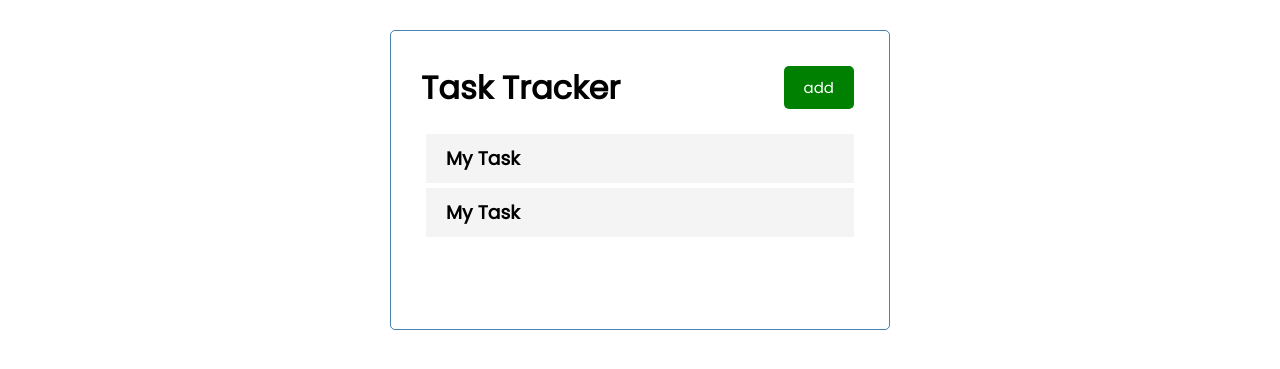
Repository: Samkiroko/task-tracker-app
Page: /
An editor plug-in stored every save of this project. The page is shown before and after the next save, followed by the edit.
The browser window is 1280 px wide. The pictures show the whole page.
The project was rebuilt for these pictures with package versions that can differ from the ones it lists, and the page was loaded fresh each time.

Above is the page before, as saved 2021-08-02 17:00:32.

### public/index.html
<!DOCTYPE html>
<html lang="en">

<head>
    <meta charset="utf-8" />
    <link rel="icon" href="%PUBLIC_URL%/favicon.ico" />
    <meta name="viewport" content="width=device-width, initial-scale=1" />
    <meta name="theme-color" content="#000000" />
    <meta name="description" content="Web site created using create-react-app" />
    <link rel="apple-touch-icon" href="%PUBLIC_URL%/logo192.png" />

    <link rel="manifest" href="%PUBLIC_URL%/manifest.json" />

    <title>Task tracker App</title>
</head>

<body>
    <div id="root"></div>
</body>

</html>

### src/index.css
@import url('https://fonts.googleapis.com/css2?family=Poppins:wght@300;400&display=swap');
* {
    box-sizing: border-box;
    margin: 0;
    padding: 0;
}

body {
    font-family: 'Poppins', sans-serif;
}

.container {
    max-width: 500px;
    margin: 30px auto;
    overflow: auto;
    min-height: 300px;
    border: 1px solid steelblue;
    padding: 30px;
    border-radius: 5px;
}

.header {
    display: flex;
    justify-content: space-between;
    align-items: center;
    margin-bottom: 20px;
}

.btn {
    display: inline-block;
    background: #000;
    color: #fff;
    border: none;
    padding: 10px 20px;
    margin: 5px;
    border-radius: 5px;
    cursor: pointer;
    text-decoration: none;
    font-size: 15px;
    font-family: inherit;
}

.btn:focus {
    outline: none;
}

.btn:active {
    transform: scale(0.98);
}

.btn-block {
    display: block;
    width: 100%;
}

.task {
    background: #f4f4f4;
    margin: 5px;
    padding: 10px 20px;
    cursor: pointer;
}

.task.reminder {
    border-left: 5px solid green;
}

.task h3 {
    display: flex;
    align-items: center;
    justify-content: space-between;
}

.add-form {
    margin-bottom: 40px;
}

.form-control {
    margin: 20px 0;
}

.form-control label {
    display: block;
}

.form-control input {
    width: 100%;
    height: 40px;
    margin: 5px;
    padding: 3px 7px;
    font-size: 17px;
}

.form-control-check {
    display: flex;
    align-items: center;
    justify-content: space-between;
}

.form-control-check label {
    flex: 1;
}

.form-control-check input {
    flex: 2;
    height: 20px;
}

footer {
    margin-top: 30px;
    text-align: center;
}

### src/App.js
import { useState } from 'react';
import Header from './components/Header';
import Task from './components/Tasks';

function App() {
  const [tasks, setTasks] = useState([
    {
      id: 1,
      text: 'Buy groceries',
      day: 'Feb 5th at 2:30pm',
      reminder: true,
    },
    {
      id: 2,
      text: 'Learn React',
      day: 'Feb 6th at 1:30pm',
      completed: false,
    },
  ]);
  return (
    <div className="container">
      <Header title="Task Tracker" />
      <Task tasks={tasks} />
    </div>
  );
}

export default App;

### src/components/Header.js
import React from 'react';
import Button from './Button';

const Header = ({ title }) => {
  const onClick = () => {
    console.log('Header clicked');
  };

  return (
    <header className="header">
      <h1>{title}</h1>
      <Button color="green" text="add" onClick={onClick} />
    </header>
  );
};

export default Header;

### src/components/Tasks.js
import Task from './Task';

const Tasks = ({ tasks }) => {
  return (
    <>
      {tasks.map((task) => (
        <Task key={task.id} task={task} />
      ))}
    </>
  );
};

export default Tasks;

### src/components/Button.js
import PropTypes from 'prop-types';
import React from 'react';

const Button = ({ color, text, onClick }) => {
  return (
    <button
      onClick={onClick}
      style={{ backgroundColor: color }}
      className="btn">
      {text}
    </button>
  );
};

Button.defaultProps = {
  color: 'steelblue',
};

Button.propTypes = {
  color: PropTypes.string,
  text: PropTypes.string,
  onClick: PropTypes.func,
};

export default Button;

### src/components/Task.js
import React from 'react';

const Task = () => {
  return (
    <div className="task">
      <h3>My Task</h3>
    </div>
  );
};

export default Task;

Loaded but not shown: src/index.js (common file)

After the next save:
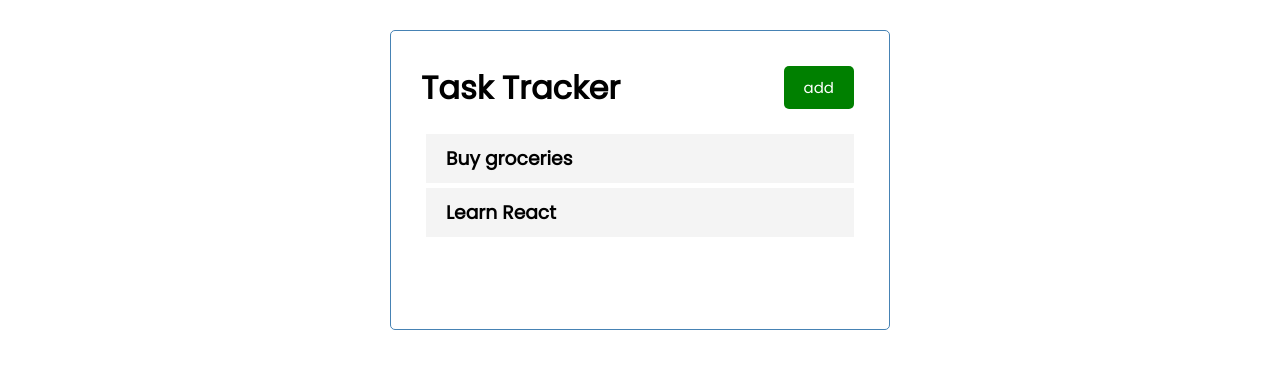
Saved 61 s later.
--- a/src/components/Task.js
+++ b/src/components/Task.js
@@ -1,9 +1,9 @@
 import React from 'react';
 
-const Task = () => {
+const Task = ({ task }) => {
   return (
     <div className="task">
-      <h3>My Task</h3>
+      <h3>{task.text}</h3>
     </div>
   );
 };
